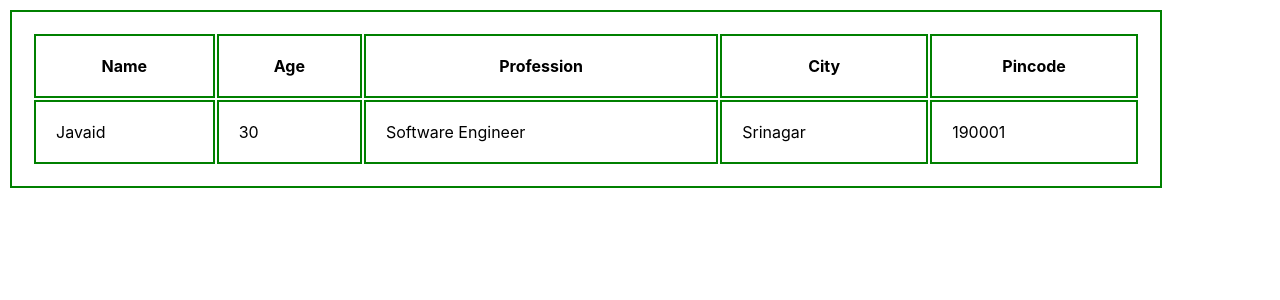
Repository: JavaidAhmadKhan/framer-motion-reacr
Page: /
An editor plug-in stored every save of this project. The page is shown before and after the next save, followed by the edit.
The browser window is 1280 px wide. The pictures show the whole page.
The project was rebuilt for these pictures with package versions that can differ from the ones it lists, and the page was loaded fresh each time.

Above is the page before, as saved 2022-05-19 17:48:39.

### src/App.js
import { Component } from "react";

import "./App.css";
class App extends Component {
  constructor() {
    console.log("constructor");
    super();
    console.log("super");
    this.state = {
      name: "Javaid",
      age: 30,
      profession: "Software Engineer",
      address: {
        city: "Srinagar",
        pincode: "190001",
      },
    };
  }

  render() {
    console.log("render");
    return (
      <div className="App">
        <table>
          <tr>
            <th>Name</th>
            <th>Age</th>
            <th>Profession</th>
            <th>City</th>
            <th>Pincode</th>
          </tr>
          <tr>
            <td>{this.state.name}</td>
            <td>{this.state.age}</td>
            <td>{this.state.profession}</td>
            <td>{this.state.address.city}</td>
            <td>{this.state.address.pincode}</td>
          </tr>
        </table>
      </div>
    );
  }
}

export default App;

### src/App.css
table {
  width: 90%;
}

table,
th,
td {
  border: 2px solid green;
  padding: 20px;
  margin: 10px;
}

Loaded but not shown: public/index.html (common file); src/index.js (common file); src/index.css (common file); src/reportWebVitals.js (common file)

After the next save:
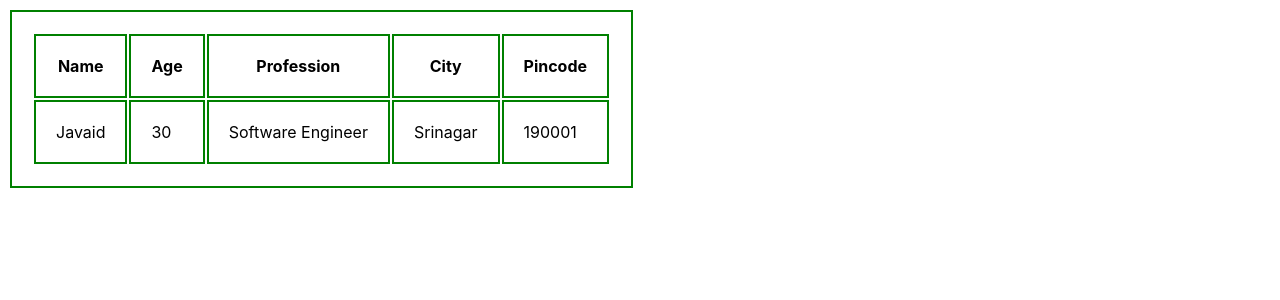
Saved 12 s later.
--- a/src/App.css
+++ b/src/App.css
@@ -1,5 +1,5 @@
 table {
-  width: 90%;
+  width: auto;
 }
 
 table,

After the save that followed:
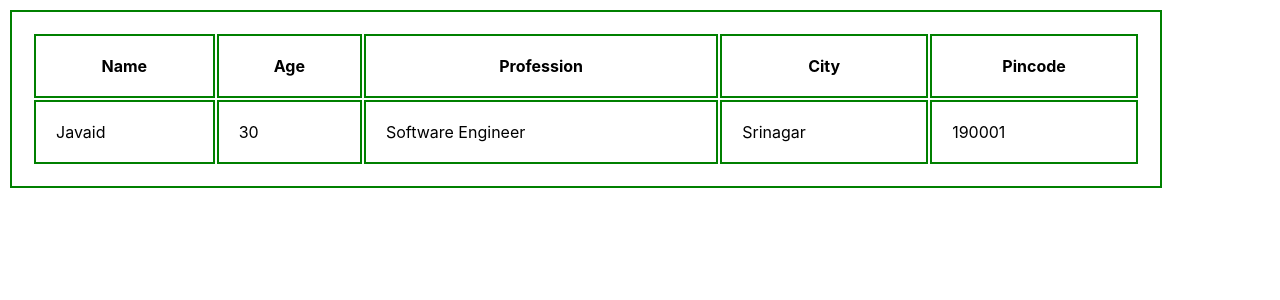
Saved 5 s later.
--- a/src/App.css
+++ b/src/App.css
@@ -1,5 +1,5 @@
 table {
-  width: auto;
+  width: 90%;
 }
 
 table,
